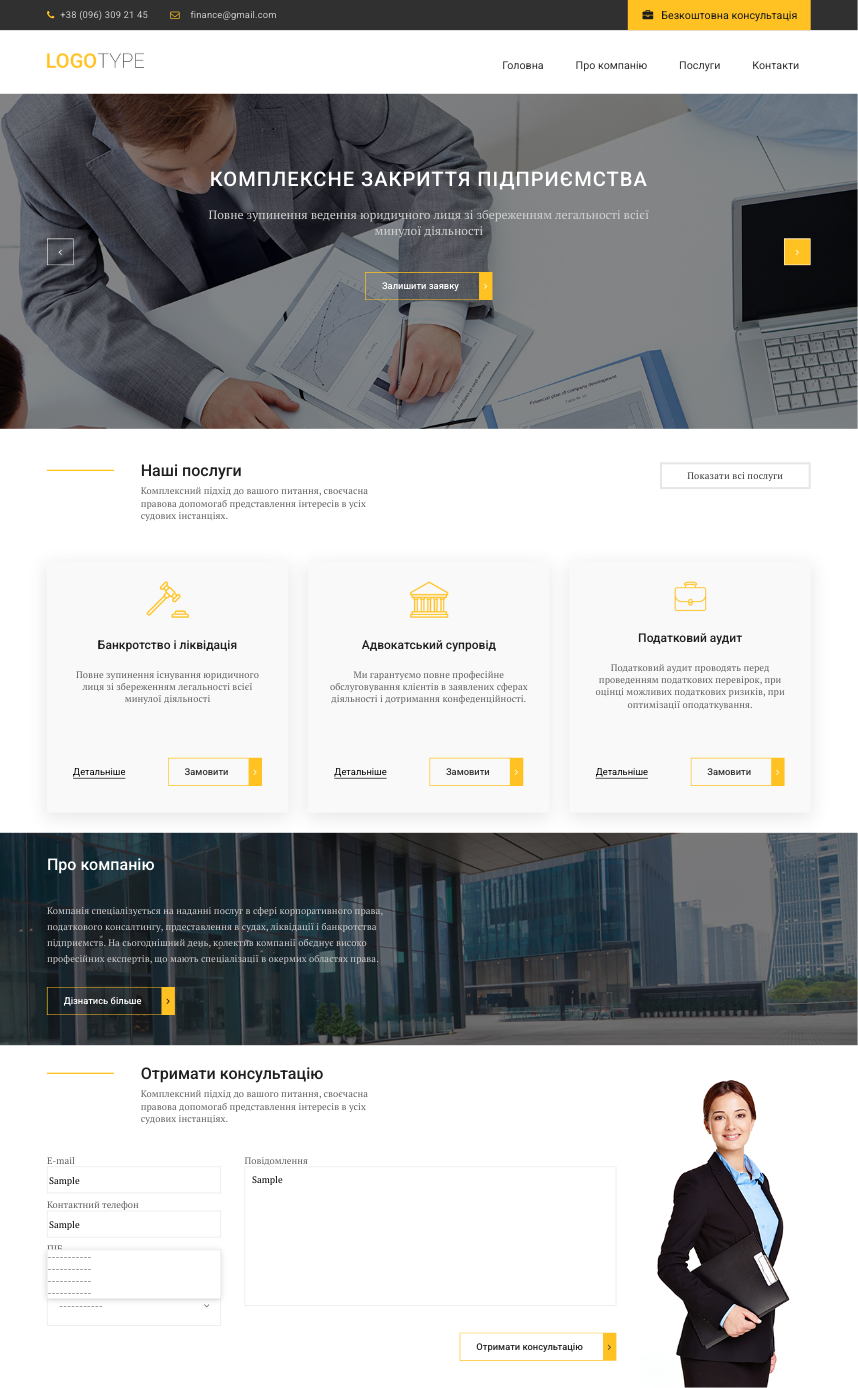
Repository: oliachipko/companysait
Page: index.html
The author's editor kept a copy of each file at every save. The page is drawn from the files as they stood at one save, then again after the next save.
The browser window is 1280 px wide. The pictures show the whole page, at 67% of full size.
Empty fields were first filled with sample values (such as "Sample", 5 or name@example.com).
After loading, the first visible `div.jq-selectbox__select` was clicked once.

Above is the page before, as saved 2020-11-20 09:34:25.

After the next save:
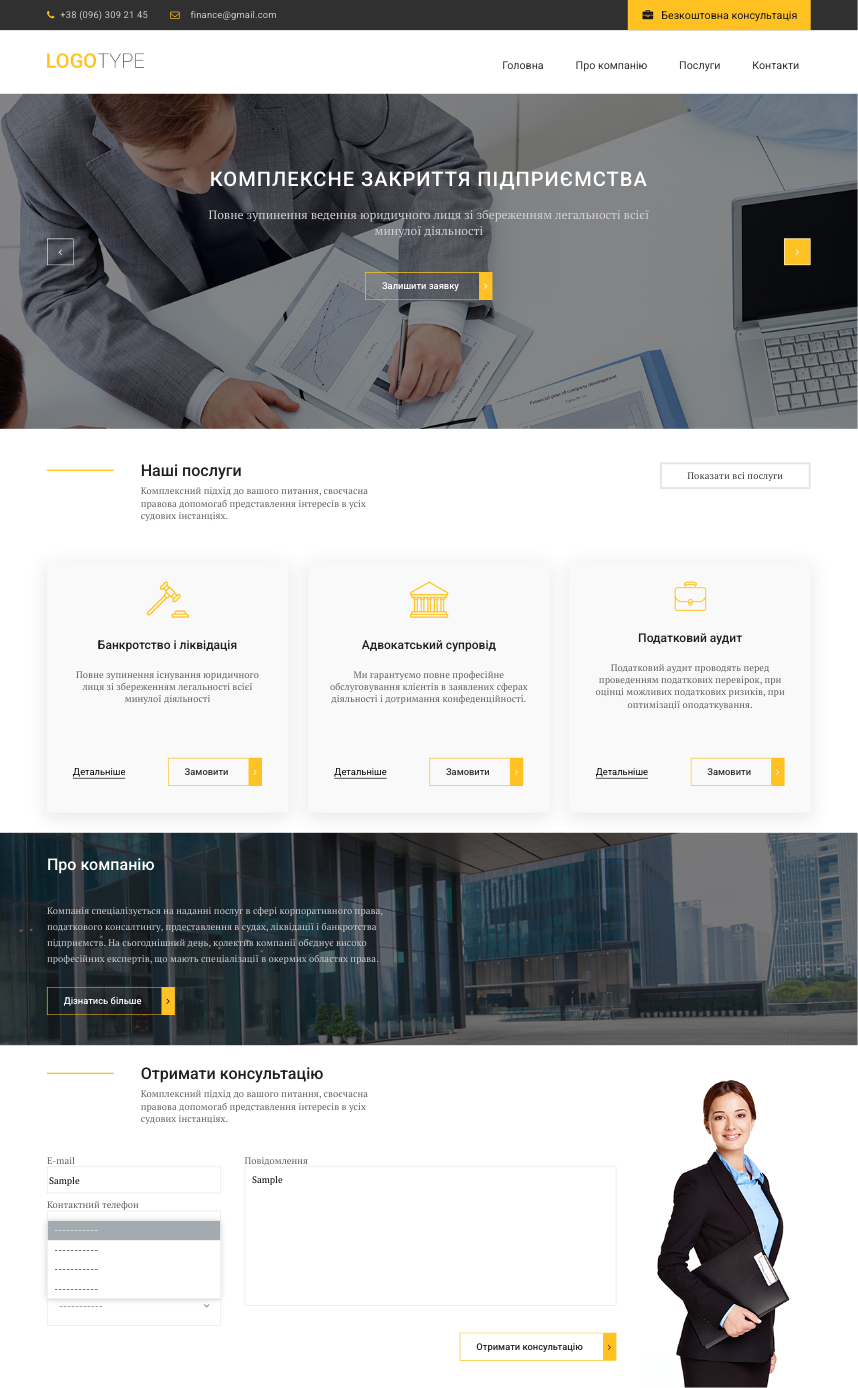
Saved 5 min 40 s later.
--- a/css/style.css
+++ b/css/style.css
@@ -395,6 +395,36 @@ header {
 	background: #FFF;
 	box-shadow: 0 2px 10px rgba(0,0,0,.2);
 }
+.jq-selectbox li {
+	min-height: 18px;
+	padding: 5px 10px 6px;
+	color: #231F20;
+}
+.jq-selectbox li.selected {
+	background-color: #A3ABB1;
+	color: #FFF;
+}
+.jq-selectbox li:hover {
+	background-color: #08C;
+	color: #FFF;
+}
+.jq-selectbox li.disabled {
+	color: #AAA;
+}
+.jq-selectbox li.disabled:hover {
+	background: none;
+}
+.jq-selectbox li.optgroup {
+	font-weight: bold;
+}
+.jq-selectbox li.optgroup:hover {
+	background: none;
+	color: #231F20;
+	cursor: default;
+}
+.jq-selectbox li.option {
+	padding-left: 25px;
+}
 .form__box-inner textarea{
     outline: none;
     border: 1px solid #e6e6e6;
